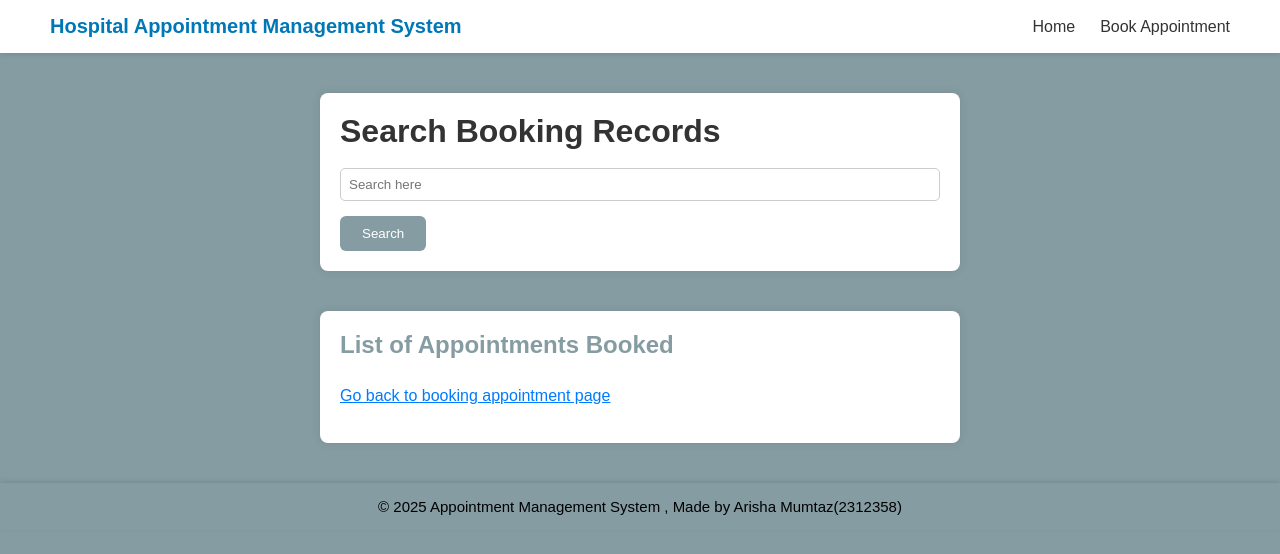
Repository: Arisha004/hospital-management-midterm-
Page: http://localhost/list.php
These files come from the project's save history. The page is drawn as it stood at one moment and after the next save; the edit follows.
The browser window is 1280 px wide. The pictures show the whole page.
The page is run by PHP 8.4 with error messages shown; the project is at /var/www/html/. Queries for data that is not in the repository find no rows.

Above is the page before, as saved 2025-11-02 20:11:05.

### list.php
<?php
include 'db.php';
$sql="select * from appointments";
$result=$conn->query($sql);


?>

<?php
include 'db.php';
  if(isset($_GET['search'])){
    $filteredvalues=$_GET['search'];
    $sql = "SELECT * FROM appointments
        WHERE full_name LIKE '%$filteredvalues%'";
    $result=$conn->query($sql);

    }


?>
<html>
<head>
    <title>Document</title>
  <link rel="stylesheet" href="style2.css">
  <style>
    table{
    width: 100%;
    border-collapse: collapse;
    justify-content: center;
    margin-top: 20px;

  }
  h2{
    text-align: left;
    margin-bottom: 10px;
  }

  th, td {
    padding: 12px;
    text-align: left;
    border: 1px solid black;
  }
  tr:hover {background-color: #f1f1f1;}
a{
  color: #007bff;
}

  </style>


</head>
<body>
  <header class="navbar">
    <div class="logo">Hospital Appointment Management System</div>
    <nav>
      <ul>
           <li><a href="landingpage.html">Home</a></li>
          <li><a href="index.php">Book Appointment</a></li>


         </ul>
    </nav>
  </header>


        <form action="" method="get">
<div class="container1">
    <h1>Search Booking Records </h1> <br>


    <input type="text" name="search" required value="<?php if(isset($_GET['search'])){
    echo $_GET['search'];
}?>" placeholder="Search here">
    <button type="submit">Search</button>

</div>
</form>

      <div class="container1">
    <h2>List of Appointments Booked</h2><br>

    <p><a href="index.php"> Go back to booking appointment page</a></p><br>


   <?php


if (isset($result) && $result->num_rows > 0){

echo "<table border='1' cellpadding='10'>";
  echo   "<tr>
    <th>ID</th>
    <th>Name</th>
    <th>Email</th>

    <th>Action</th>

    </tr>";
  while($items = $result->fetch_assoc()) {


        echo "<tr>";

    echo "<td>".$items["id"]."</td>";
    echo "<td>".$items["full_name"]."</td>";
    echo "<td>".$items["email"]."</td>";
      echo "<td><a href='detail.php?id=$items[id]'>More Info</a><br><br>
    <a href='update.php?id=$items[id]'>Update</a><br><br>
    <a href='delete.php?id=$items[id]'>Delete</a>
    </td>";

       echo "</tr>";

        }

    echo "</table>";
   }
    elseif (isset($_GET['search'])){
      echo "<br>";
      echo "No Record Found";
    }





?>

</div>
 <footer>
    <p>© 2025 Appointment Management System , Made by Arisha Mumtaz(2312358)</p>
  </footer>
</body>
</html>

### db.php
<?php

$servername = "localhost";
$username = "root";
$password = "";
$dbname="midterm";
/*$conn  a variable that holds the database connection.
new mysqli creates a new connection to your MySQL database.*/
$conn=new mysqli($servername, $username, $password,$dbname);
if($conn->connect_error){
    die("Connection failed: " . $conn->connect_error);
}


?>

### style2.css
  /* Reset and fonts */
* {
  margin: 0;
  padding: 0;
  box-sizing: border-box;
  font-family: 'Poppins', sans-serif;
}

body {
  background: #869CA3;
  color: #333;
}
  .container1 { width: 50%; margin: 40px auto; background: #fff; padding: 20px; border-radius: 8px; box-shadow: 0 0 10px rgba(0,0,0,0.1); }
  h2 { text-align: center; color: #869CA3; }
  label { font-weight: bold; display: block; margin-bottom: 5px; }
  input, select, textarea {
      width: 100%;
      padding: 8px;
      margin-bottom: 15px;
      border: 1px solid #ccc;
      border-radius: 5px;
  }
 /* Footer */
footer {
  text-align: center;
  padding: 15px;
  background-color:#869CA3;
        color: black;
  box-shadow: 0 -2px 5px rgba(0,0,0,0.1);
  font-size: 15px;

}
label span {
  color: red;
}

/* Navbar */
.navbar {
  display: flex;
  justify-content: space-between;
  align-items: center;
  padding: 15px 50px;
  background: #fff;
  box-shadow: 0 2px 5px rgba(0,0,0,0.1);
  position: sticky;
  top: 0;
  z-index: 10;
}

.navbar .logo {
  font-weight: 700;
    font-size: 20px;
  color: #0077b6;
}

.navbar ul {
  display: flex;
  list-style: none;
}

.navbar ul li a {
  text-decoration: none;
  color: #333;
  margin-left: 25px;
  transition: 0.3s;
}

.navbar ul li a:hover {
  color: #0077b6;
}

  button{

  display: inline-block;
  background-color: #869CA3;
  color: #fff;
  padding: 10px 22px;
  border: none;
  border-radius: 6px;
  cursor: pointer;
  font-weight: 500;

  transition: 0.3s;
   text-align: center;
}

button:hover {
  background-color: #7498a3;
  transform: translateY(-2px);
}

  input[type=submit] {
      background-color: #007bff;
      color: white;
      border: none;
      padding: 10px 15px;
      cursor: pointer;
      border-radius: 5px;
  }
  input[type=submit]:hover {
      background-color: #0056b3;
  }
  select[name="status"] {
    background-color: #f8f9fa;
    color: #495057;
    padding: 8px;
    margin-bottom: 15px;
    border: 1px solid #ced4da;
    border-radius: 5px;
    width: 100%;
}

select[name="status"] option[value="Pending"] { color: #ffc107; }
select[name="status"] option[value="Confirmed"] { color: #28a745; }
select[name="status"] option[value="Cancelled"] { color: #dc3545; }
select[name="status"] option[value="Completed"] { color: #17a2b8; }

After the next save:
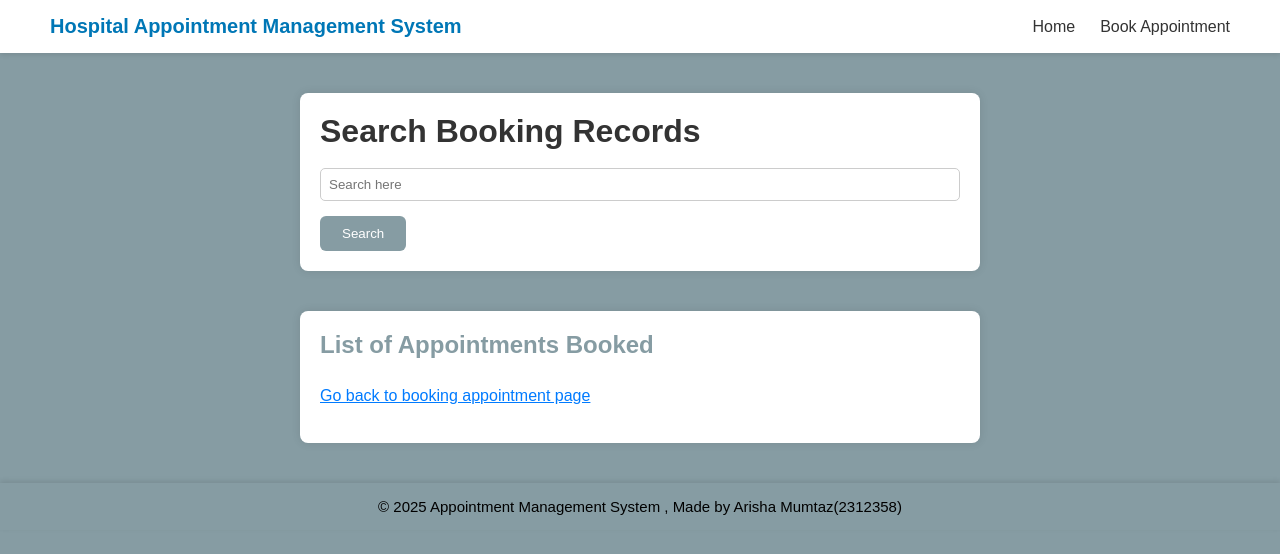
Saved 3 s later.
--- a/style2.css
+++ b/style2.css
@@ -2,7 +2,6 @@
 * {
   margin: 0;
   padding: 0;
-  box-sizing: border-box;
   font-family: 'Poppins', sans-serif;
 }
 
